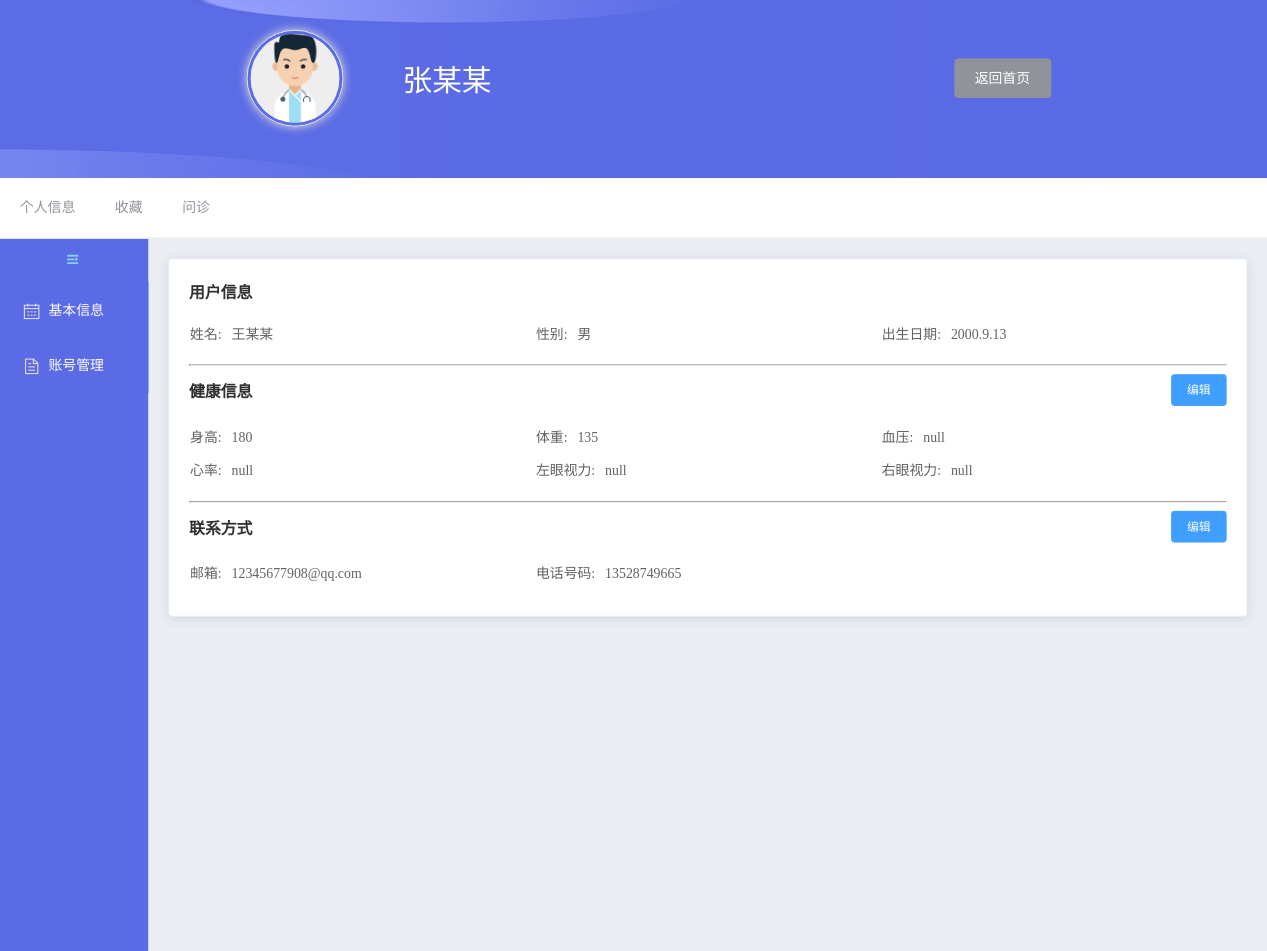
Repository: DiscreteL/SOA_Front
Page: /#/docInfo
The author's editor kept a copy of each file at every save. The page is drawn from the files as they stood at one save, then again after the next save.
The browser window is 1280 px wide. The pictures show the whole page, at 99% of full size.
The project was rebuilt for these pictures with package versions that can differ from the ones it lists, and the page was loaded fresh each time. Also part of the build but not shown: vue.config.js, src/components/navigation.vue, src/components/dialog.vue, src/views/news.vue, src/components/announcement.vue, src/components/patientKnow.vue, src/views/Home.vue, src/views/login.vue and 15 more.

Above is the page before, as saved 2021-11-29 10:07:56.

After the next save:
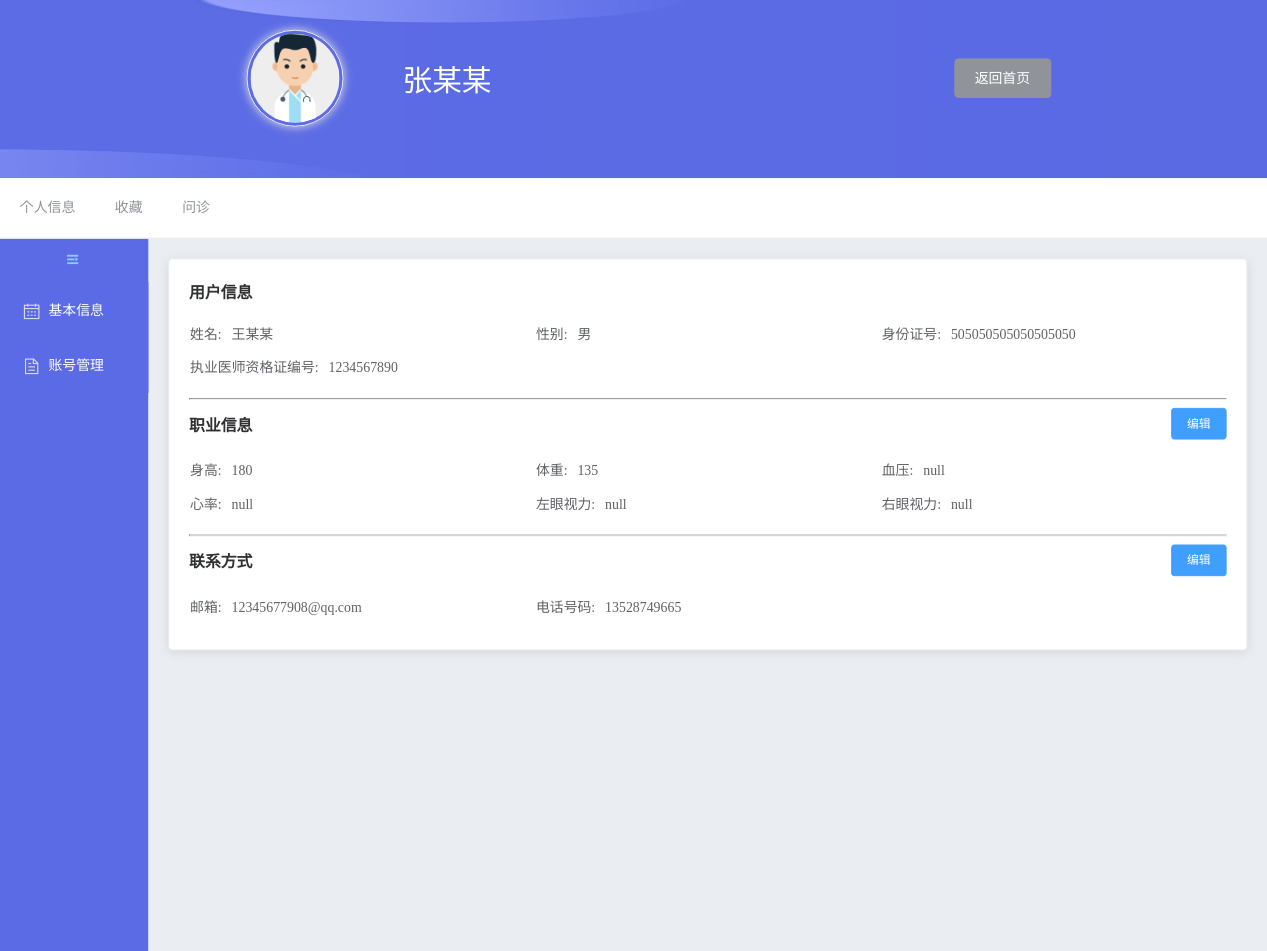
Saved 2 min 15 s later.
--- a/src/views/doctor/info/docInfo.vue
+++ b/src/views/doctor/info/docInfo.vue
@@ -7,12 +7,13 @@
       <el-descriptions-item label="性别">
         男{{ userInfo.gender }}</el-descriptions-item
       >
-      <el-descriptions-item label="出生日期">2000.9.13</el-descriptions-item>
+      <el-descriptions-item label="身份证号">505050505050505050</el-descriptions-item>
+      <el-descriptions-item label="执业医师资格证编号">1234567890</el-descriptions-item>
     </el-descriptions>
     <hr />
     <el-descriptions
       class="margin-top"
-      title="健康信息"
+      title="职业信息"
       :column="3"
       :size="size"
     >
